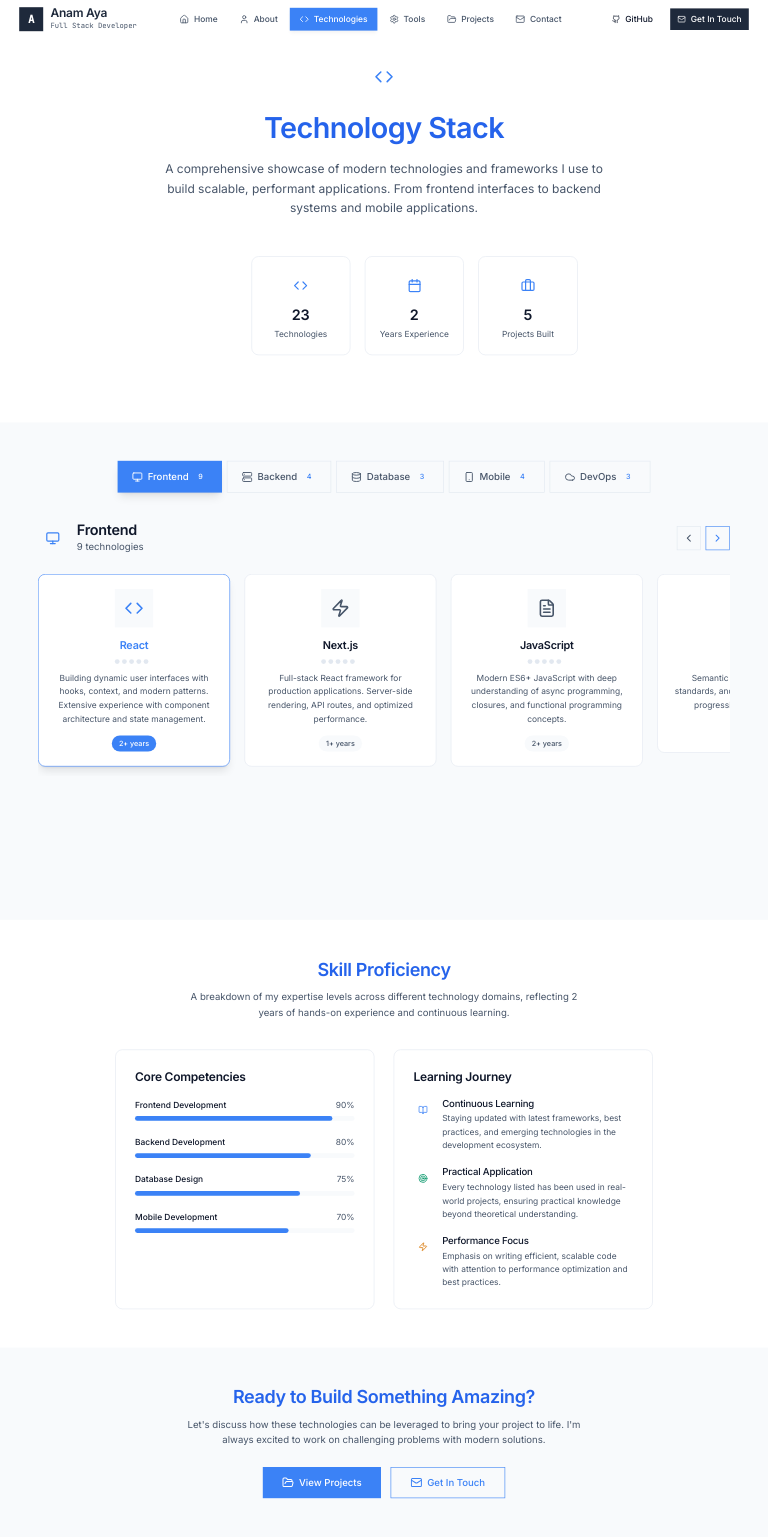
Repository: ayaaas/portflio_aya
Page: /technologies-interactive-stack-showcase
These files come from the project's save history. The page is drawn as it stood at one moment and after the next save; the edit follows.
The browser window is 1280 px wide. The pictures show the whole page, at 60% of full size.
The project was rebuilt for these pictures with package versions that can differ from the ones it lists, and the page was loaded fresh each time. Also part of the build but not shown: vite.config.mjs, src/components/ErrorBoundary.jsx, src/components/AppImage.jsx, src/pages/hero-section-developer-portfolio/components/ProfileImage.jsx, src/pages/hero-section-developer-portfolio/components/AnimatedText.jsx, src/pages/hero-section-developer-portfolio/components/HeroContent.jsx, src/pages/hero-section-developer-portfolio/components/BackgroundPattern.jsx, src/pages/hero-section-developer-portfolio/components/ScrollIndicator.jsx and 23 more.

Above is the page before, as saved 2025-07-19 22:33:58.

After the next save:
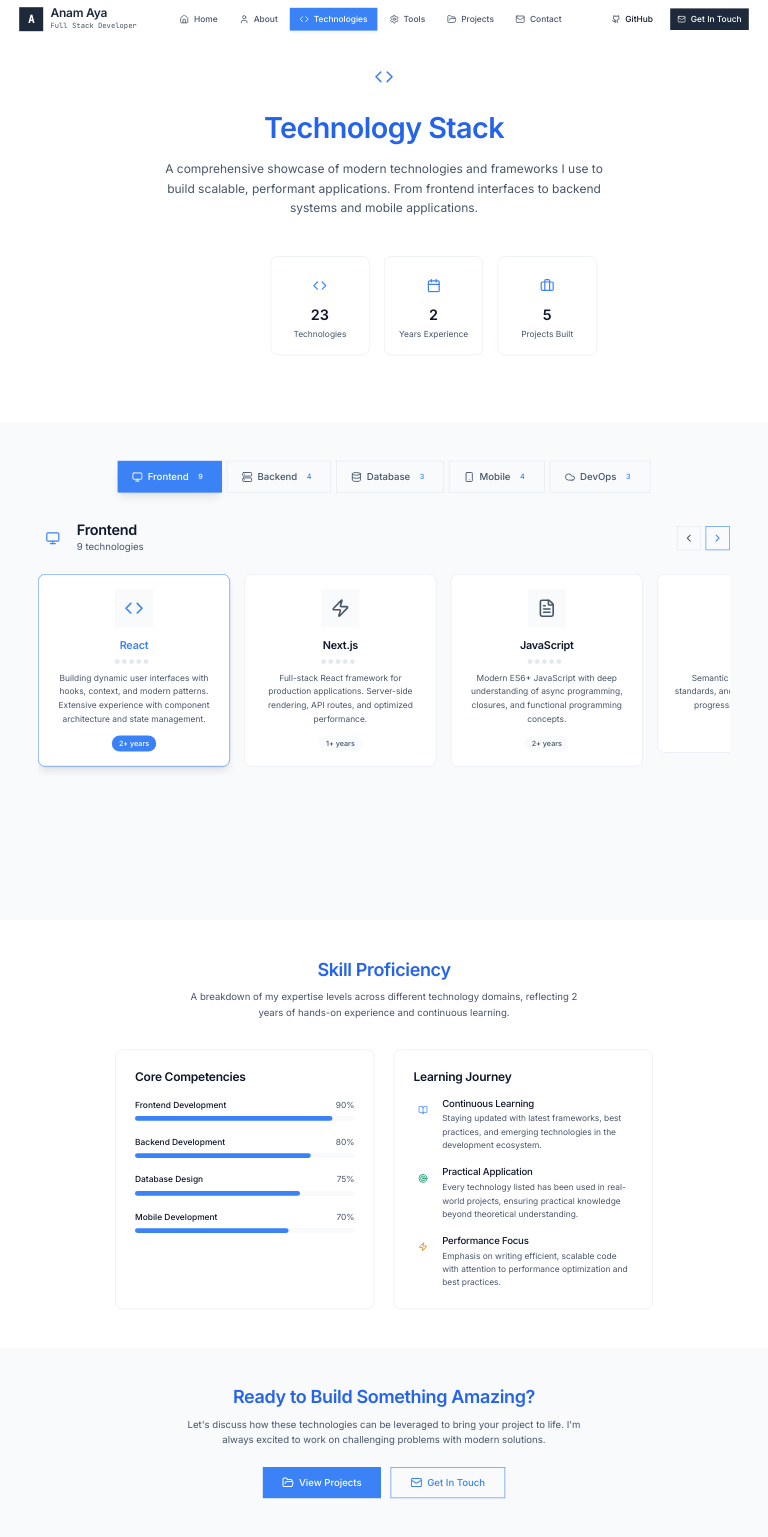
Saved 93 s later.
--- a/src/pages/technologies-interactive-stack-showcase/index.jsx
+++ b/src/pages/technologies-interactive-stack-showcase/index.jsx
@@ -11,7 +11,6 @@ const TechnologiesInteractiveStackShowcase = () => {
   const [activeCategory, setActiveCategory] = useState('frontend');
   const [isVisible, setIsVisible] = useState(false);
 
-  // Updated categories with accurate counts
   const categories = [
     { id: 'frontend', name: 'Frontend', icon: 'Monitor', count: 9 },
     { id: 'backend', name: 'Backend', icon: 'Server', count: 4 },
@@ -20,7 +19,6 @@ const TechnologiesInteractiveStackShowcase = () => {
     { id: 'cloud', name: 'DevOps', icon: 'Cloud', count: 3 }
   ];
 
-  // Updated technologies with accurate information
   const technologies = {
     frontend: [
       {
@@ -195,14 +193,12 @@ const TechnologiesInteractiveStackShowcase = () => {
     ]
   };
 
-  // Updated technology stats
   const technologyStats = [
     { icon: 'Code', value: '23', label: 'Technologies' },
     { icon: 'Calendar', value: '2', label: 'Years Experience' },
     { icon: 'Briefcase', value: '5', label: 'Projects Built' }
   ];
 
-  // Updated skill progress
   const skillProgress = [
     { name: 'Frontend Development', percentage: 90 },
     { name: 'Backend Development', percentage: 80 },
@@ -217,9 +213,6 @@ const TechnologiesInteractiveStackShowcase = () => {
   const handleCategoryChange = (categoryId) => {
     setActiveCategory(categoryId);
   };
-
-  const currentCategory = categories.find(cat => cat.id === activeCategory);
-  const currentTechnologies = technologies[activeCategory] || [];
 
   return (
     <>
@@ -253,8 +246,8 @@ const TechnologiesInteractiveStackShowcase = () => {
               </p>
             </div>
 
-            {/* Technology Stats - slightly less to the right with padding-right */}
-            <div className={`flex justify-end pr-16 transition-all duration-1000 delay-200 ${
+            {/* Technology Stats - right aligned but slightly more left with pr-8 */}
+            <div className={`flex justify-end pr-8 transition-all duration-1000 delay-200 ${
               isVisible ? 'opacity-100 translate-y-0' : 'opacity-0 translate-y-8'
             }`}>
               <TechnologyStats stats={technologyStats} />
@@ -268,14 +261,11 @@ const TechnologiesInteractiveStackShowcase = () => {
             <div className={`transition-all duration-1000 delay-400 ${
               isVisible ? 'opacity-100 translate-y-0' : 'opacity-0 translate-y-8'
             }`}>
-              {/* Category Navigation */}
               <CategoryNavigation
                 categories={categories}
                 activeCategory={activeCategory}
                 onCategoryChange={handleCategoryChange}
               />
-
-              {/* Technology Carousel */}
               <div className="relative min-h-[600px]">
                 {categories.map((category) => (
                   <div
